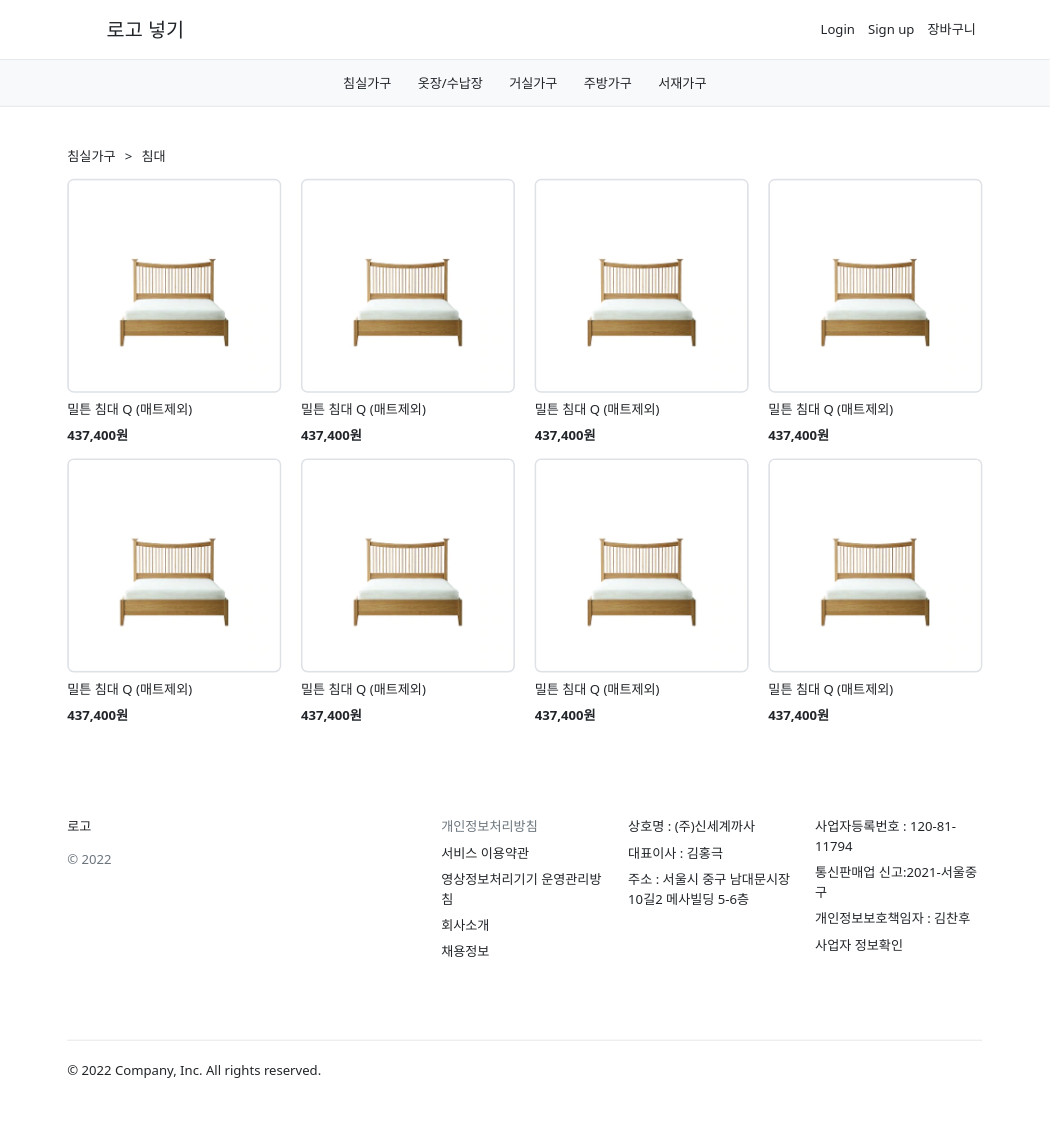
Repository: raoniee/Elice-House-Project
Page: FE/views/pages/main/item-list-page.html
An editor plug-in stored every save of this project. The page is shown before and after the next save, followed by the edit.
The browser window is 1280 px wide. The pictures show the whole page, at 82% of full size.

Above is the page before, as saved 2023-07-06 14:21:23.

### FE/views/pages/main/item-list-page.html
<!DOCTYPE html>
<html lang="ko">
  <head>
    <meta charset="UTF-8" />
    <meta http-equiv="X-UA-Compatible" content="IE=edge" />
    <meta name="viewport" content="width=device-width, initial-scale=1.0" />
    <title>Elice-House/item-list</title>
    <link
      href="https://cdn.jsdelivr.net/npm/bootstrap@5.2.3/dist/css/bootstrap.min.css"
      rel="stylesheet"
      integrity="sha384-rbsA2VBKQhggwzxH7pPCaAqO46MgnOM80zW1RWuH61DGLwZJEdK2Kadq2F9CUG65"
      crossorigin="anonymous"
    />
    <!-- header.module.js -->
    <script
      src="../../components/header/header.js"
      type="module"
      defer
    ></script>
    <!-- footer.module.js -->
    <script
      src="../../components/footer/footer.js"
      type="module"
      defer
    ></script>
    <!-- item-list.module.js -->
    <script src="./item-list-page.js" type="module" defer></script>
    <style>
      /* * {
        outline: 1px solid #363;
      } */
    </style>
  </head>
  <body>
    <header class="header">
      <!-- header template로 삽입 -->
    </header>

    <main>
      <div class="container my-5">
        <div
          class="menu_bar d-flex justify-content-between"
          style="width: 120px"
        >
          <!-- menu_bar template로 삽입 -->
        </div>

        <div class="item_list">
          <div class="row row-cols-4">
            <div class="col">
              <div
                class="item_list_card d-flex flex-column"
                style="cursor: pointer"
              >
                <img
                  class="mb-2 border border-2 rounded-3"
                  src="../../../public/assets/imgs/item-list-card.webp"
                  alt=""
                />
                <span class="item_list_name mb-2">밀튼 침대 Q (매트제외)</span>
                <p class="item_list_price mb-3 fw-bold">437,400원</p>
              </div>
            </div>
            <div class="col">
              <div class="item_list_card d-flex flex-column">
                <img
                  class="mb-2 border border-2 rounded-3"
                  src="../../../public/assets/imgs/item-list-card.webp"
                  alt=""
                />
                <span class="item_list_name mb-2">밀튼 침대 Q (매트제외)</span>
                <p class="item_list_price mb-3 fw-bold">437,400원</p>
              </div>
            </div>
            <div class="col">
              <div class="item_list_card d-flex flex-column">
                <img
                  class="mb-2 border border-2 rounded-3"
                  src="../../../public/assets/imgs/item-list-card.webp"
                  alt=""
                />
                <span class="item_list_name mb-2">밀튼 침대 Q (매트제외)</span>
                <p class="item_list_price mb-3 fw-bold">437,400원</p>
              </div>
            </div>
            <div class="col">
              <div class="item_list_card d-flex flex-column">
                <img
                  class="mb-2 border border-2 rounded-3"
                  src="../../../public/assets/imgs/item-list-card.webp"
                  alt=""
                />
                <span class="item_list_name mb-2">밀튼 침대 Q (매트제외)</span>
                <p class="item_list_price mb-3 fw-bold">437,400원</p>
              </div>
            </div>
          </div>
          <div class="row row-cols-4">
            <div class="col">
              <div class="item_list_card d-flex flex-column">
                <img
                  class="mb-2 border border-2 rounded-3"
                  src="../../../public/assets/imgs/item-list-card.webp"
                  alt=""
                />
                <span class="item_list_name mb-2">밀튼 침대 Q (매트제외)</span>
                <p class="item_list_price mb-3 fw-bold">437,400원</p>
              </div>
            </div>
            <div class="col">
              <div class="item_list_card d-flex flex-column">
                <img
                  class="mb-2 border border-2 rounded-3"
                  src="../../../public/assets/imgs/item-list-card.webp"
                  alt=""
                />
                <span class="item_list_name mb-2">밀튼 침대 Q (매트제외)</span>
                <p class="item_list_price mb-3 fw-bold">437,400원</p>
              </div>
            </div>
            <div class="col">
              <div class="item_list_card d-flex flex-column">
                <img
                  class="mb-2 border border-2 rounded-3"
                  src="../../../public/assets/imgs/item-list-card.webp"
                  alt=""
                />
                <span class="item_list_name mb-2">밀튼 침대 Q (매트제외)</span>
                <p class="item_list_price mb-3 fw-bold">437,400원</p>
              </div>
            </div>
            <div class="col">
              <div class="item_list_card d-flex flex-column">
                <img
                  class="mb-2 border border-2 rounded-3"
                  src="../../../public/assets/imgs/item-list-card.webp"
                  alt=""
                />
                <span class="item_list_name mb-2">밀튼 침대 Q (매트제외)</span>
                <p class="item_list_price mb-3 fw-bold">437,400원</p>
              </div>
            </div>
          </div>
          <!-- item_list_card template로 삽입 -->
        </div>
      </div>
    </main>

    <footer class="footer">
      <!-- footer template로 삽입 -->
    </footer>

    <script
      src="https://cdn.jsdelivr.net/npm/bootstrap@5.2.3/dist/js/bootstrap.bundle.min.js"
      integrity="sha384-kenU1KFdBIe4zVF0s0G1M5b4hcpxyD9F7jL+jjXkk+Q2h455rYXK/7HAuoJl+0I4"
      crossorigin="anonymous"
    ></script>
  </body>
</html>

### FE/views/components/header/header.js
export const drawHeader = () => {
  let headerTemplate = `
  <div class="py-3 border-bottom">
      <div class="container d-flex flex-wrap justify-content-center">
        <a
          href="/"
          class="d-flex align-items-center mb-3 mb-lg-0 me-lg-auto text-dark text-decoration-none"
        >
          <svg class="bi me-2" width="40" height="32">
            <use xlink:href="#bootstrap" />
          </svg>
          <span class="fs-4">로고 넣기</span>
        </a>
        <ul class="nav">
          <li class="nav-item">
            <a href="" class="nav-link link-dark px-2">Login</a>
          </li>
          <li class="nav-item">
            <a href="" class="nav-link link-dark px-2">Sign up</a>
          </li>
          <li class="nav-item">
            <a href="" class="nav-link link-dark px-2">장바구니</a>
          </li>
        </ul>
      </div>
    </div>
    <nav class="py-2 bg-light border-bottom">
      <div class="container">
        <ul class="nav justify-content-center nav-pills">
          <li class="nav-item">
            <div class="dropdown text-end">
              <a
                href="#"
                class="d-block link-dark text-decoration-none nav-link"
                data-bs-toggle="dropdown"
                aria-expanded="false"
                >침실가구
              </a>
              <ul class="dropdown-menu text-small">
                <li><a class="dropdown-item" href="#">침대</a></li>
                <li><a class="dropdown-item" href="#">매트리스/토퍼</a></li>
                <li><a class="dropdown-item" href="#">화장대/콘솔/거울</a></li>
                <li><a class="dropdown-item" href="#">서랍장/협탁</a></li>
              </ul>
            </div>
          </li>
          <li class="nav-item">
            <div class="dropdown text-end">
              <a
                href="#"
                class="d-block link-dark text-decoration-none nav-link"
                data-bs-toggle="dropdown"
                aria-expanded="false"
                >옷장/수납장
              </a>
              <ul class="dropdown-menu text-small">
                <li><a class="dropdown-item" href="#">옷장/붙박이장</a></li>
                <li><a class="dropdown-item" href="#">드레스룸/행거</a></li>
              </ul>
            </div>
          </li>
          <li class="nav-item">
            <div class="dropdown text-end">
              <a
                href="#"
                class="d-block link-dark text-decoration-none nav-link"
                data-bs-toggle="dropdown"
                aria-expanded="false"
                >거실가구
              </a>
              <ul class="dropdown-menu text-small">
                <li><a class="dropdown-item" href="#">소파</a></li>
                <li><a class="dropdown-item" href="#">거실테이블</a></li>
                <li><a class="dropdown-item" href="#">거실장</a></li>
              </ul>
            </div>
          </li>
          <li class="nav-item">
            <div class="dropdown text-end">
              <a
                href="#"
                class="d-block link-dark text-decoration-none nav-link"
                data-bs-toggle="dropdown"
                aria-expanded="false"
                >주방가구
              </a>
              <ul class="dropdown-menu text-small">
                <li><a class="dropdown-item" href="#">식탁/테이블</a></li>
                <li><a class="dropdown-item" href="#">홈바/아일랜드식탁</a></li>
                <li><a class="dropdown-item" href="#">식탁세트</a></li>
              </ul>
            </div>
          </li>
          <li class="nav-item">
            <div class="dropdown text-end">
              <a
                href="#"
                class="d-block link-dark text-decoration-none nav-link"
                data-bs-toggle="dropdown"
                aria-expanded="false"
                >서재가구
              </a>
              <ul class="dropdown-menu text-small">
                <li><a class="dropdown-item" href="#">책상/책장/ACC</a></li>
                <li><a class="dropdown-item" href="#">서재의자</a></li>
              </ul>
            </div>
          </li>
        </ul>
      </div>
    </nav>
    `;
  // .header 부분에 header.html을 삽입
  const headerTag = document.querySelector(".header");
  headerTag.innerHTML = headerTemplate;
};

### FE/views/components/footer/footer.js
export const drawFooter = () => {
  let footerTemplate = `
        <div class="container">
      <div class="row py-5">
        <div class="col mb-3">
          <a
            href="/"
            class="d-flex align-items-center mb-3 link-dark text-decoration-none"
          >
            로고
          </a>
          <p class="text-muted">&copy; 2022</p>
        </div>

        <div class="col mb-3"></div>

        <div class="col mb-3">
          <ul class="nav flex-column">
            <li class="nav-item mb-2 text-muted">개인정보처리방침</li>
            <li class="nav-item mb-2">서비스 이용약관</li>
            <li class="nav-item mb-2">영상정보처리기기 운영관리방침</li>
            <li class="nav-item mb-2">회사소개</li>
            <li class="nav-item mb-2">채용정보</li>
          </ul>
        </div>

        <div class="col mb-3">
          <ul class="nav flex-column">
            <li class="nav-item mb-2">상호명 : (주)신세계까사</li>
            <li class="nav-item mb-2">대표이사 : 김홍극</li>
            <li class="nav-item mb-2">
              주소 : 서울시 중구 남대문시장10길2 메사빌딩 5-6층
            </li>
          </ul>
        </div>

        <div class="col mb-3">
          <ul class="nav flex-column">
            <li class="nav-item mb-2">사업자등록번호 : 120-81-11794</li>
            <li class="nav-item mb-2">통신판매업 신고:2021-서울중구</li>
            <li class="nav-item mb-2">개인정보보호책임자 : 김찬후</li>
            <li class="nav-item mb-2">사업자 정보확인</li>
          </ul>
        </div>
      </div>
      <div
        class="d-flex flex-column flex-sm-row justify-content-between py-4 my-4 border-top"
      >
        <p>&copy; 2022 Company, Inc. All rights reserved.</p>
        <ul class="list-unstyled d-flex">
          <li class="ms-3">
            <a class="link-dark" href="#"
              ><svg class="bi" width="24" height="24">
                <use xlink:href="#twitter" /></svg
            ></a>
          </li>
          <li class="ms-3">
            <a class="link-dark" href="#"
              ><svg class="bi" width="24" height="24">
                <use xlink:href="#instagram" /></svg
            ></a>
          </li>
          <li class="ms-3">
            <a class="link-dark" href="#"
              ><svg class="bi" width="24" height="24">
                <use xlink:href="#facebook" /></svg
            ></a>
          </li>
        </ul>
      </div>
    </div>
    `;
  // .footer 부분에 footer.html을 삽입
  const footerTag = document.querySelector(".footer");
  footerTag.innerHTML = footerTemplate;
};

### FE/views/pages/main/item-list-page.js
import { drawHeader } from "../../components/header/header.js";
import { drawFooter } from "../../components/footer/footer.js";
import { drawMenubar } from "../../components/menu-bar/menu-bar.js";

// Header, Footer 템플릿 삽입
drawHeader();
drawFooter();

// Menubar 템플릿 삽입
drawMenubar();

### FE/views/components/menu-bar/menu-bar.js
export const drawMenubar = () => {
  let menubarTemplate = `<p class="menu-depth1">침실가구</p>
    <p class="arrow">></p>
    <p class="menu-depth2">침대</p>`;
  // .menu_bar 부분에 menu_bar.html을 삽입
  const menu_barTag = document.querySelector(".menu_bar");
  menu_barTag.innerHTML = menubarTemplate;
};

After the next save:
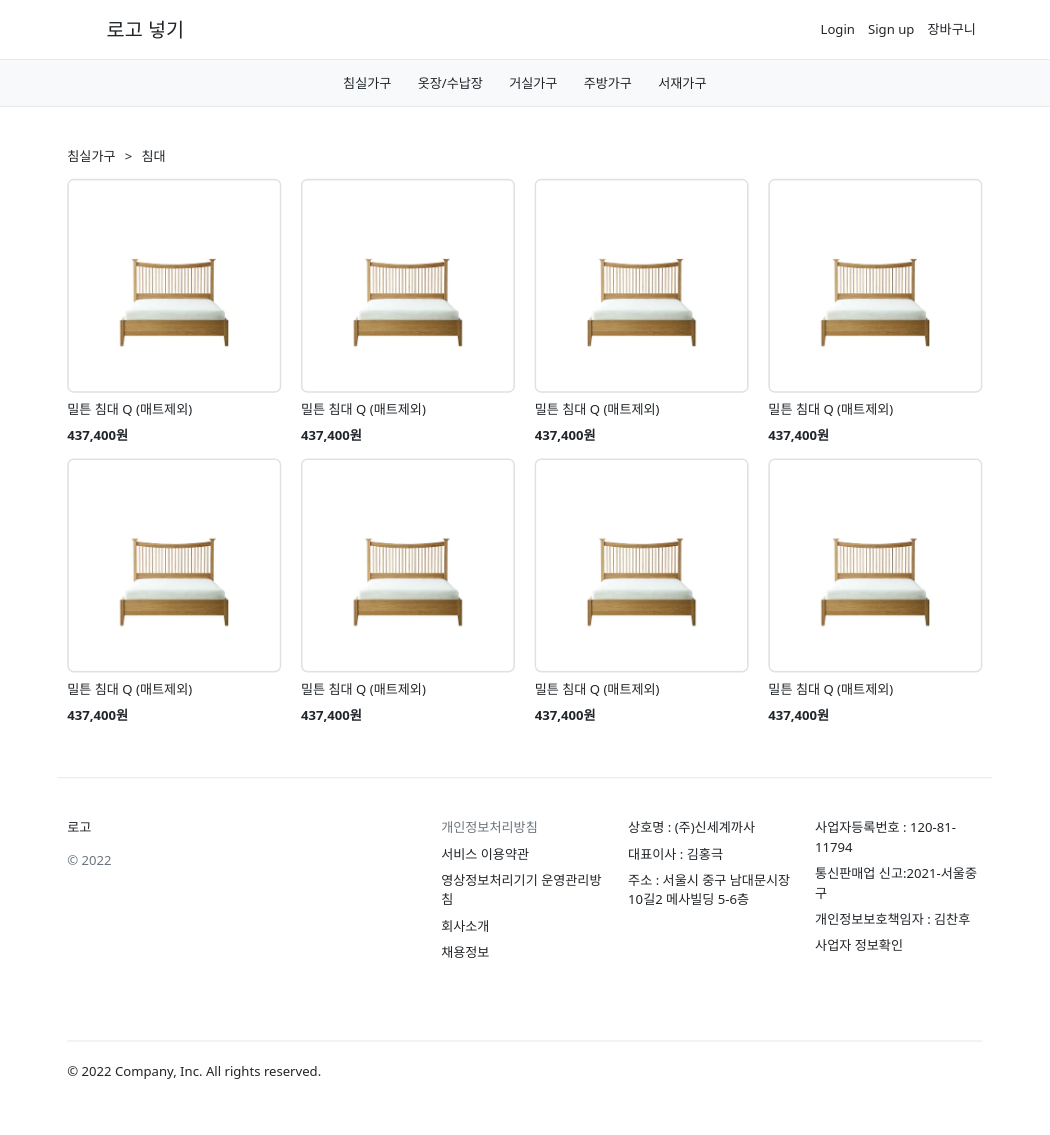
Saved 85 s later.
--- a/FE/views/components/footer/footer.js
+++ b/FE/views/components/footer/footer.js
@@ -1,6 +1,6 @@
 export const drawFooter = () => {
   let footerTemplate = `
-        <div class="container">
+        <div class="container border-top">
       <div class="row py-5">
         <div class="col mb-3">
           <a

After the save that followed:
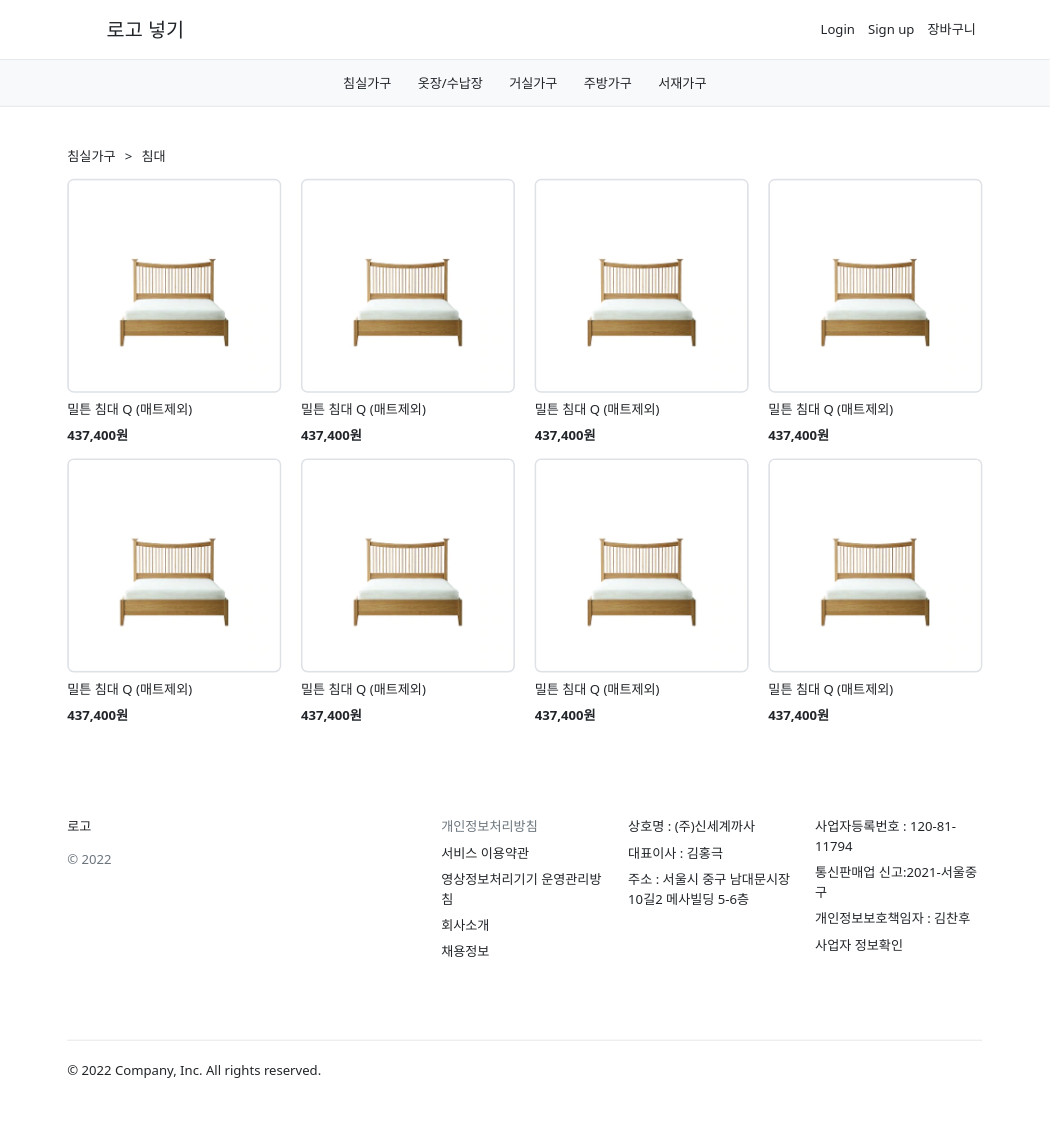
Saved 17 s later.
--- a/FE/views/components/footer/footer.js
+++ b/FE/views/components/footer/footer.js
@@ -1,6 +1,6 @@
 export const drawFooter = () => {
   let footerTemplate = `
-        <div class="container border-top">
+        <div class="container">
       <div class="row py-5">
         <div class="col mb-3">
           <a
